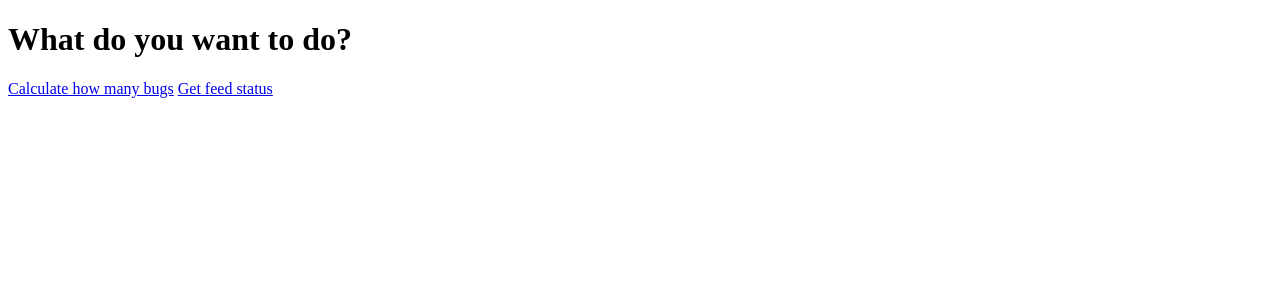
Repository: champloo2/JSPServeletCIS175
Page: http://localhost/TFeeder/
An editor plug-in stored every save of this project. The page is shown before and after the next save, followed by the edit.
The browser window is 1280 px wide. The pictures show the whole page.
The page is served by Tomcat 9.

Above is the page before, as saved 2020-02-12 00:32:59.

After the next save:
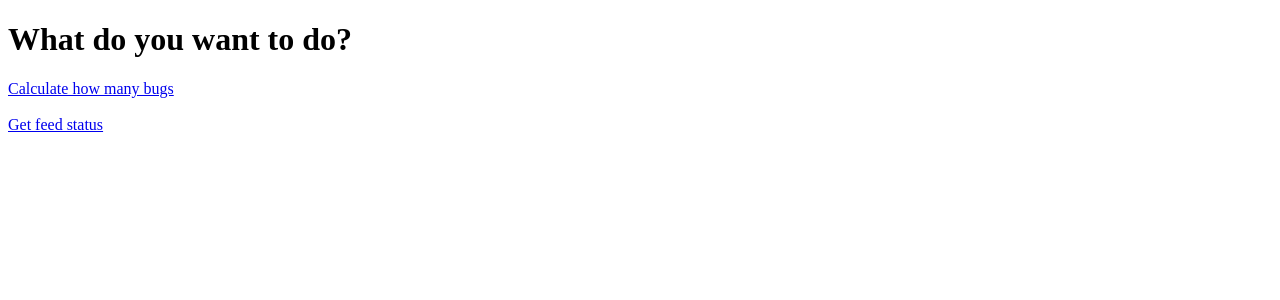
Saved 64 s later.
--- a/TFeeder/WebContent/index.jsp
+++ b/TFeeder/WebContent/index.jsp
@@ -8,7 +8,7 @@
 </head>
 <body>
 <h1>What do you want to do?</h1>
-<a href="bugCalc.jsp">Calculate how many bugs</a>
+<a href="bugCalc.jsp">Calculate how many bugs</a><br /><br />
 <a href="status.jsp">Get feed status</a>
 </body>
 </html>
